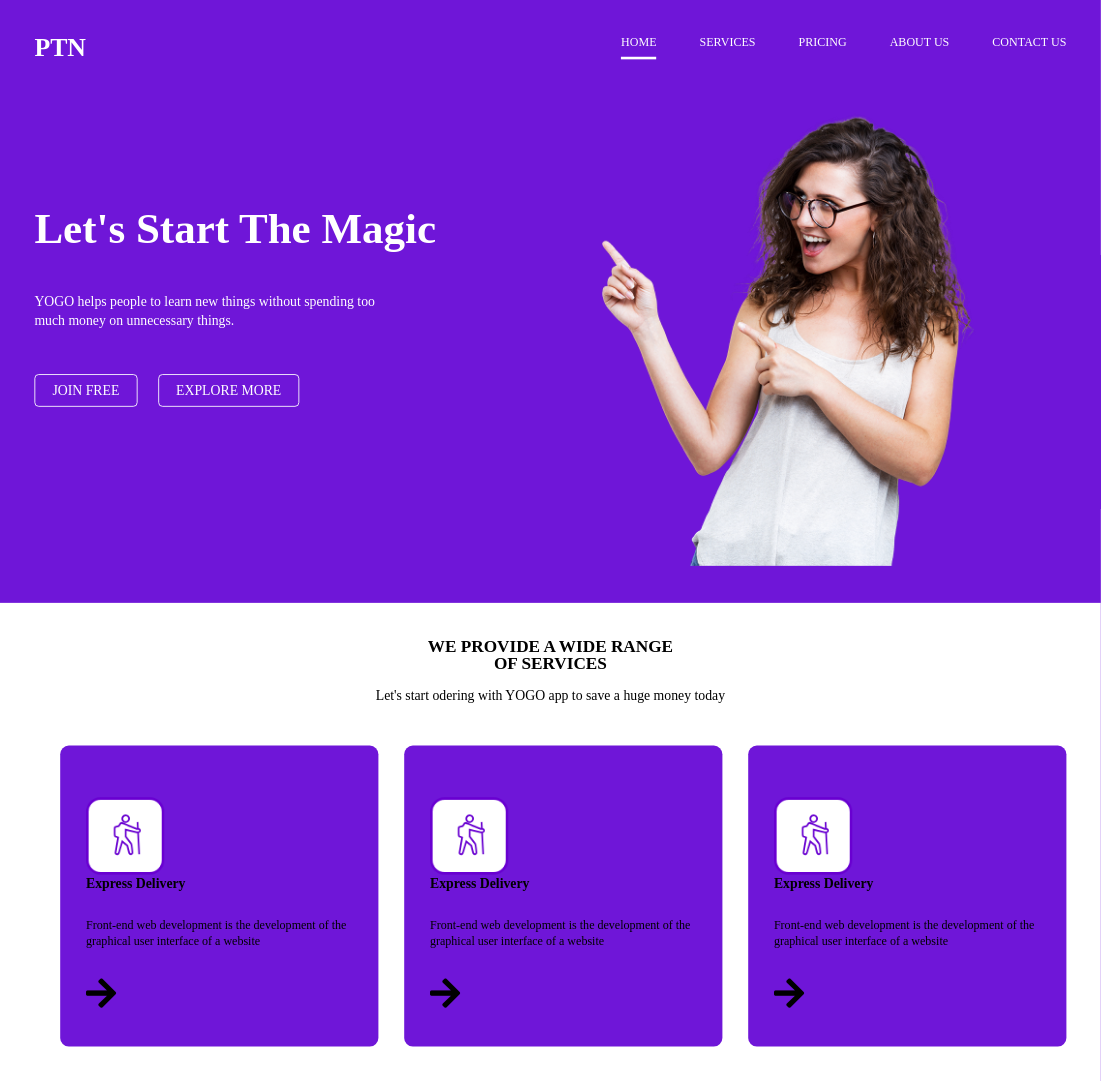
Repository: PhamTrungNguyen/LuyenTap
Page: index.html
An editor plug-in stored every save of this project. The page is shown before and after a run of saves, followed by the edit.
The browser window is 1280 px wide. The pictures show the whole page, at 86% of full size.
Some web fonts or font styles are not loaded; a fallback is used. The style sheet was rebuilt from its Sass, Less or Tailwind sources for each picture, by a compiler version that may differ from the author's.

Above is the page before, as saved 2021-12-05 19:48:27.

### index.html
<!DOCTYPE html>
<html lang="en">

<head>
    <meta charset="UTF-8">
    <meta http-equiv="X-UA-Compatible" content="IE=edge">
    <meta name="viewport" content="width=device-width, initial-scale=1.0">
    <title>TN_YoGo</title>
    <link rel="stylesheet" href="./reset.css">
    <link rel="stylesheet" href="./style.css">
    <!-- link truyền icon -->
    <link rel="stylesheet" href="https://cdnjs.cloudflare.com/ajax/libs/font-awesome/5.15.3/css/all.min.css"
        integrity="sha512-iBBXm8fW90+nuLcSKlbmrPcLa0OT92xO1BIsZ+ywDWZCvqsWgccV3gFoRBv0z+8dLJgyAHIhR35VZc2oM/gI1w=="
        crossorigin="anonymous" referrerpolicy="no-referrer" />
    <!-- link font chữ -->
    <link
        href="https://fonts.googleapis.com/css2?family=Roboto:ital,wght@0,300;0,400;1,300;1,400&family=Zen+Loop&display=swap"
        rel="stylesheet">
</head>

<body>
    <!-- -------------------- Logo và menu -------------------- -->
    <header class="header">
        <div class="container">
            <div class="header-main">
                <a href="#" class="header-main_logo">PTN</a>
                <ul class="header-main_menu">
                    <li class="header-main_menu__item">
                        <a href="" class="header-main_menu__link active-home">Home</a>
                    </li>
                    <li class="header-main_menu__item">
                        <a href="" class="header-main_menu__link">Services</a>
                    </li>
                    <li class="header-main_menu__item">
                        <a href="" class="header-main_menu__link">Pricing</a>
                    </li>
                    <li class="header-main_menu__item">
                        <a href="" class="header-main_menu__link">About Us</a>
                    </li>
                    <li class="header-main_menu__item">
                        <a href="" class="header-main_menu__link">Contact Us</a>
                    </li>
                </ul>
            </div>
            <!-- -------------------- Phần header trung tâm -------------------- -->
            <div class="header-center">
                <div class="header-left">
                    <h2 class="header-left_title">Let's Start The Magic</h2>
                    <p class="header-left_desc">YOGO helps people to learn new things without spending too much money on
                        unnecessary things.</p>
                    <div class="header-left_click">
                        <a href="" class="header-left_link">join free</a>
                        <a href="" class="header-left_link">explore more</a>
                    </div>
                </div>
                <div class="header-right">
                    <img src="./images/home-pic.png" alt="" class="header-right_image">
                </div>
            </div>
        </div>
    </header>
    <!-- -------------------- Phần service ( dưới header ) -------------------- -->
    <section class="service">
        <div class="container">
            <div class="service-over">
                <h2 class="service-over_title">we provide a wide range of services</h2>
                <p class="service-over_desc">Let's start odering with YOGO app to save a huge money today</p>
            </div>
            <div class="service-below">
                <div class="service-below--list">
                    <div class="service-below--block">
                        <img src="./images/Icon-1.png" alt="" class="service-below_icon">
                        <h3 class="service-below_title">Express Delivery</h3>
                        <span class="service-below_desc">Front-end web development is the development of the graphical user interface of a website</span>
                        <div class="service-below_item">
                            <i class="fas fa-arrow-right"></i>
                        </div>
                    </div>
                </div>
                <div class="service-below--list">
                    <div class="service-below--block">
                        <img src="./images/Icon-1.png" alt="" class="service-below_icon">
                        <h3 class="service-below_title">Express Delivery</h3>
                        <span class="service-below_desc">Front-end web development is the development of the graphical user interface of a website</span>
                        <div class="service-below_item">
                            <i class="fas fa-arrow-right"></i>
                        </div>
                    </div>
                </div>
                <div class="service-below--list">
                    <div class="service-below--block">
                        <img src="./images/Icon-1.png" alt="" class="service-below_icon">
                        <h3 class="service-below_title">Express Delivery</h3>
                        <span class="service-below_desc">Front-end web development is the development of the graphical user interface of a website</span>
                        <div class="service-below_item">
                            <i class="fas fa-arrow-right"></i>
                        </div>
                    </div>
                </div>

            </div>
        </div>
    </section>

</body>

</html>

### reset.css
/* http://meyerweb.com/eric/tools/css/reset/
   v2.0 | 20110126
   License: none (public domain)
*/

html,
body,
div,
span,
applet,
object,
iframe,
h1,
h2,
h3,
h4,
h5,
h6,
p,
blockquote,
pre,
a,
abbr,
acronym,
address,
big,
cite,
code,
del,
dfn,
em,
img,
ins,
kbd,
q,
s,
samp,
small,
strike,
strong,
sub,
sup,
tt,
var,
b,
u,
i,
center,
dl,
dt,
dd,
ol,
ul,
li,
fieldset,
form,
label,
legend,
table,
caption,
tbody,
tfoot,
thead,
tr,
th,
td,
article,
aside,
canvas,
details,
embed,
figure,
figcaption,
footer,
header,
hgroup,
menu,
nav,
output,
ruby,
section,
summary,
time,
mark,
audio,
video {
  margin: 0;
  padding: 0;
  border: 0;
  font-size: 100%;
  font: inherit;
  vertical-align: baseline;
}
/* HTML5 display-role reset for older browsers */
article,
aside,
details,
figcaption,
figure,
footer,
header,
hgroup,
menu,
nav,
section {
  display: block;
}
body {
  line-height: 1;
}
ol,
ul {
  list-style: none;
}
blockquote,
q {
  quotes: none;
}
blockquote:before,
blockquote:after,
q:before,
q:after {
  content: "";
  content: none;
}
table {
  border-collapse: collapse;
  border-spacing: 0;
}

### style.scss
html {
  font-size: 62.5%;
}
* {
  box-sizing: border-box;
}
body {
  font-family: "Bona Nova", serif;
  font-size: 1.6rem;
  font-weight: normal;
  outline: none;
}
a {
  text-decoration: none;
}
img {
  max-width: 100%;
}
.container {
  padding: 4rem;
}
.active-home {
  border-bottom: 3px solid white !important;
  padding-bottom: 10px;
}
.header {
  //-------------------- Logo và menu --------------------
  background-color: #6f16d8;
  &-main {
    // max-width: 1100px;
    display: flex;
    flex-direction: row;
    justify-content: space-between;
    &_logo {
      display: inline-block;
      text-transform: uppercase;
      font-size: 3rem;
      font-weight: 700;
      color: white;
    }
    &_menu {
      cursor: pointer;
      display: flex;
      flex-direction: row;
      position: relative;
      &__item:not(:last-child) {
        margin-right: 5rem;
      }
      &__link {
        text-transform: uppercase;
        display: inline-block;
        color: white;
        font-size: 1.4rem;
        border-bottom: 2px solid transparent;
        padding-bottom: 10px;
        transition: all 0.25s linear;
      }
      &__link:hover {
        color: black;
        border-bottom: 3px solid white;
      }
    }
  }
}
@media screen and (max-width: 767px) {
  .container {
    padding: 3rem;
  }
  .header-main {
    display: block;
    &_logo {
      display: block;
      text-align: center;
      padding-bottom: 1rem;
    }
  }
  .header-main_menu__item:not(:last-child) {
    margin-right: 1.4rem;
  }
  .header-main_menu__link {
    font-size: 1.5rem;
    text-transform: capitalize;
  }
}
//-------------------- Phần header trung tâm --------------------
.header {
  &-center {
    padding-top: 15rem;
    display: flex;
    justify-content: space-between;
  }
  &-left {
    margin-top: 2rem;
    &_title {
      color: white;
      font-size: 5rem;
      font-weight: bold;
      padding-bottom: 5rem;
    }
    &_desc {
      color: white;
      max-width: 400px;
      line-height: 1.4;
      padding-bottom: 5rem;
    }
    &_link {
      display: inline-block;
      padding: 1rem 2rem;
      color: white;
      text-transform: uppercase;
      border-radius: 0.5rem;
      border: 1px solid white;
      transition: all 0.25s linear;
      margin-right: 2rem;
    }
    &_link:hover {
      background-color: #fff;
      color: black;
    }
  }
  &-right {
    margin-right: 10rem;
    margin-top: -10rem;
    &_image {
      width: 45rem;
    }
  }
}
@media screen and (max-width: 1023px) {
  .header-left {
    margin-top: 0rem;
  }
  .header-center {
    padding-top: 8rem;
  }
  .header-right {
    margin-right: 0rem;
    margin-top: -3rem;
  }
  .header-left_title {
    padding-bottom: 3rem;
  }
  .header-left_desc {
    max-width: 350px;
    padding-bottom: 4rem;
  }
}
@media  screen and (max-width:767px){
  .header-center {
    padding-top: 4rem;
}
  .header-left_title {
    font-size: 2rem;
    padding-bottom: 2rem;
}
.header-right_image {
  width: 50rem;
  height: 24rem;
}
.header-right {
  margin-right: -3rem;
  margin-top: 0rem;
}
.header-left_desc {
  line-height: 1.2;
  padding-bottom: 0rem;
  font-size: 1.2rem;
}
.header-left_link {
  margin-top: 2rem;
  padding: 0.5rem 1rem;
  font-size: 1.5rem;
  margin-right: 0rem;
  max-width: 10rem;
  text-align: center;
}
}
//-------------------- Phần service ( dưới header ) --------------------
.service
{
  &-over
  {
    padding-bottom: 5rem;
    text-align: center;
    &_title
    {
      margin: 0 auto;
      text-transform: uppercase;
      color: black;
      font-size: 2rem;
      font-weight: 600;
      max-width:300px;
      padding-bottom: 2rem;
    }
  }
  &-below
  {
    display:flex;
    flex-wrap: wrap;
    &--block{
      padding:6rem 3rem 4rem 3rem;
      background-color: #6f16d8;
      border-radius:1rem;
    }
    &--list{
      margin-left: 3rem;
      width: calc(33.33% - 3rem);
    }
    &--
    &_icon {
     width:5rem;
     height:5rem;
     margin-bottom: 3rem;
    }
    &_title{
      color: black;
      font-weight: 600;
      margin-bottom: 3rem;
    }
    &_desc{
      color: black;
      line-height:1.4;
      word-break: break-word;
      font-size: 1.4rem;
    }
    &_item{
      margin-top: 3rem;
      font-size: 4rem;
    }
  }
}

After the next 5 saves:
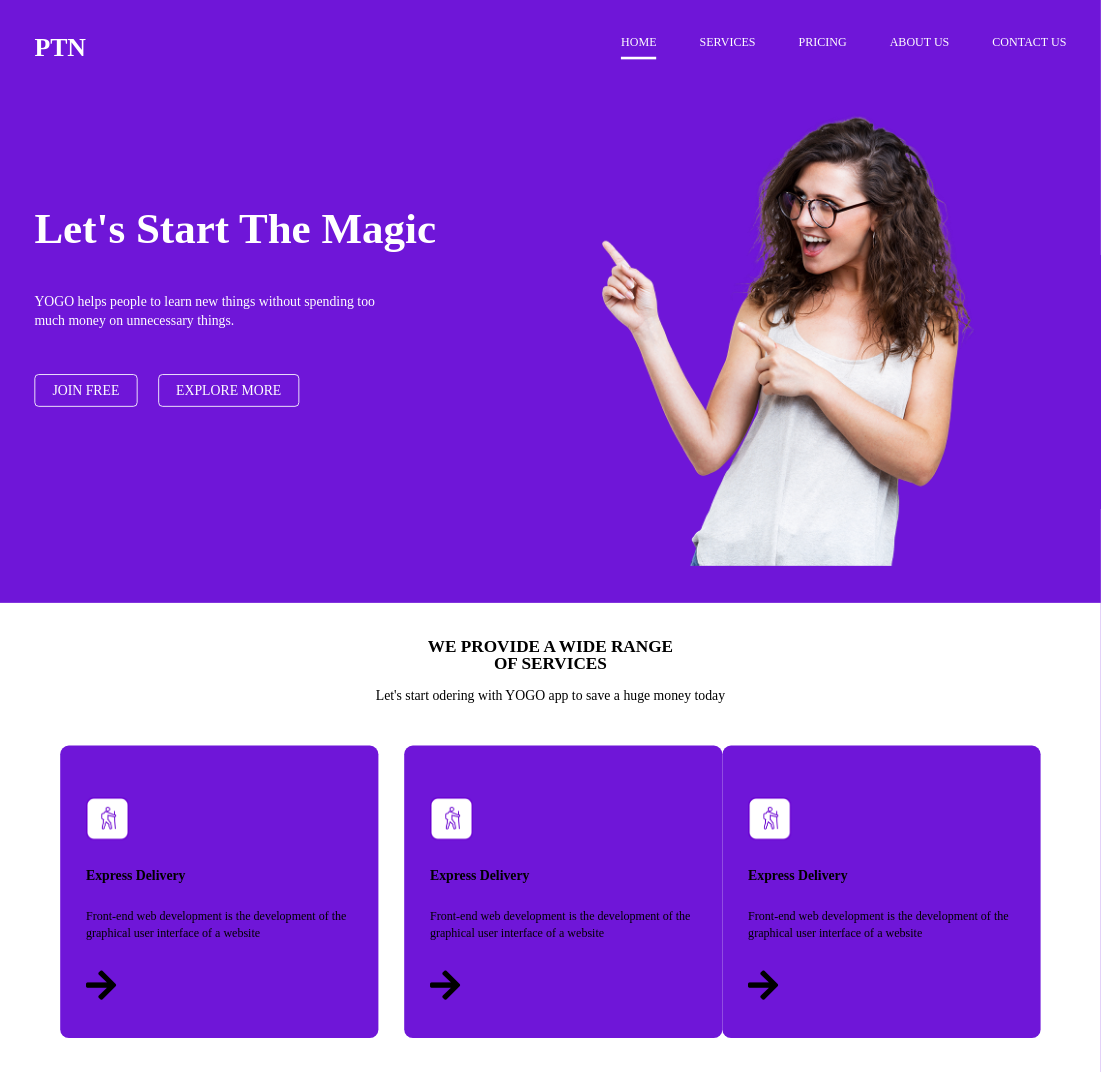
The 5 saves are shown as one change because 1 did not build or start and some came seconds apart.
The last was saved 14 s later.
--- a/style.scss
+++ b/style.scss
@@ -203,10 +203,13 @@ img {
       border-radius:1rem;
     }
     &--list{
+      width: calc(33.33% - 3rem);
+    }
+    &--list:not(:last-child)
+    {
       margin-left: 3rem;
-      width: calc(33.33% - 3rem);
-    }
-    &--
+
+    }
     &_icon {
      width:5rem;
      height:5rem;
